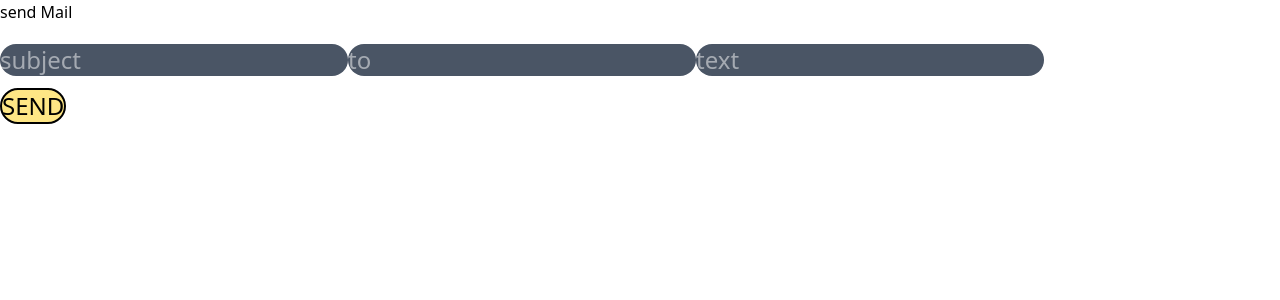
Repository: ridhukhan/sendmail
Page: / (app in Frontend/)
The author's editor kept a copy of each file at every save. The page is drawn from the files as they stood at one save, then again after the next save.
The browser window is 1280 px wide. The pictures show the whole page.
The project was rebuilt for these pictures with package versions that can differ from the ones it lists, and the page was loaded fresh each time.

Above is the page before, as saved 2026-02-10 14:56:47.

After the next save:
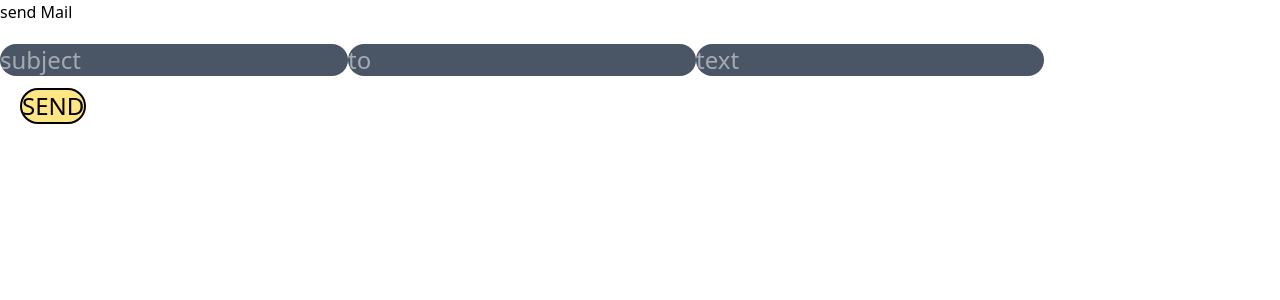
Saved 53 s later.
--- a/Frontend/src/App.jsx
+++ b/Frontend/src/App.jsx
@@ -10,7 +10,7 @@ function App() {
 
 <input type="email" name="" id="" placeholder='to' className="bg-gray-600 text-white border-amber-50 rounded-2xl mt-5" />
 <input type="text" name="" id="" placeholder='text' className="bg-gray-600 text-white border-amber-50 rounded-2xl mt-5"/><br />
-<button className="bg-amber-200 mt-3 rounded-3xl border-2">SEND</button>
+<button className="bg-amber-200 mt-3 rounded-3xl border-2 ml-5">SEND</button>
     </form>
        </>
   )
